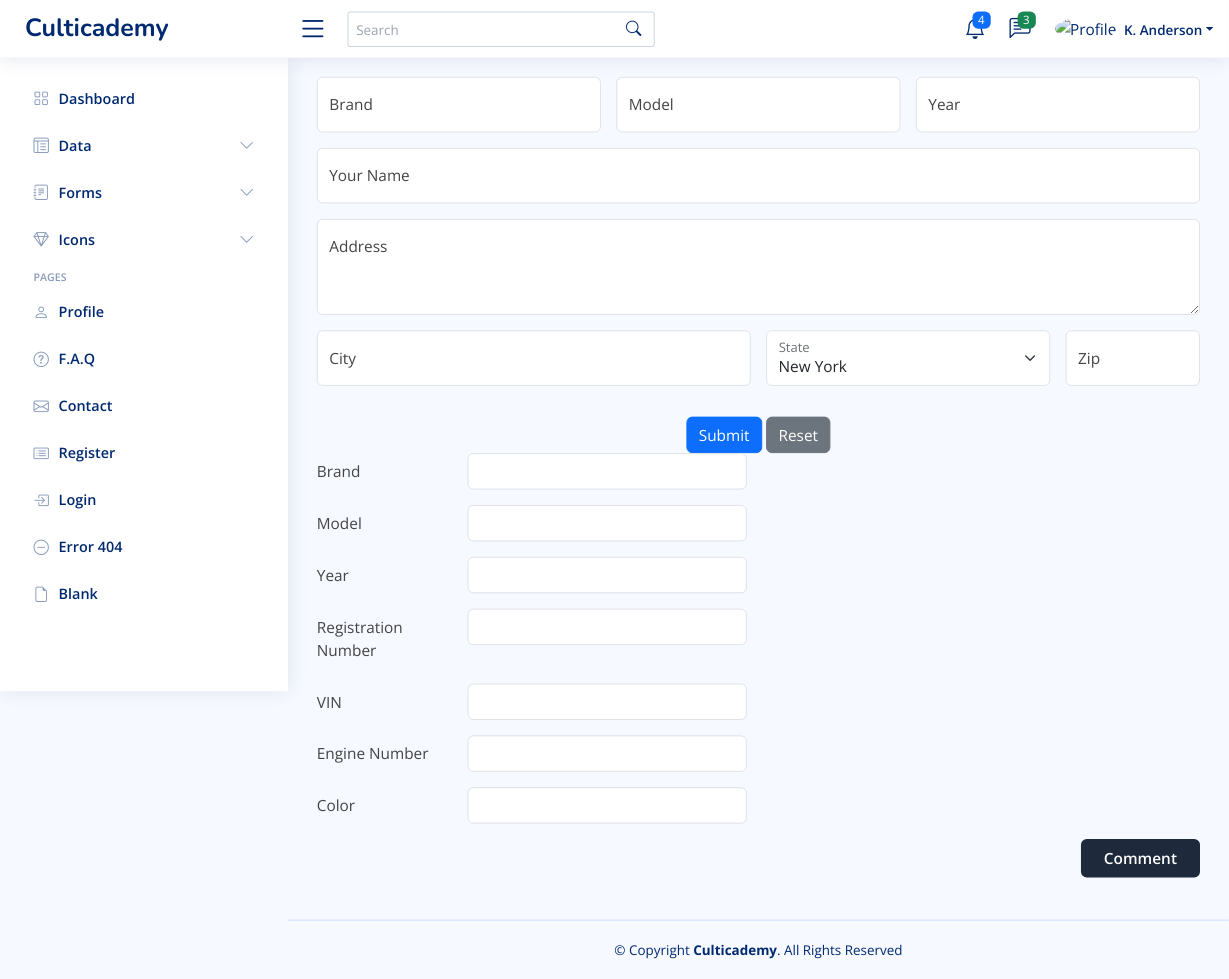
Repository: Jistoper/car_rental
Page: http://localhost/create
These files come from the project's save history. The page is drawn as it stood at one moment and after the next save; the edit follows.
The browser window is 1280 px wide. The pictures show the whole page, at 96% of full size.
The page is served by the project's Laravel application, run on PHP 8.4 with Laravel 9. Other server files are loaded and not shown. Style sheets and scripts are compiled from the project's sources, by tool versions that may differ from the author's.

Above is the page before, as saved 2023-06-22 14:29:06.

### routes/web.php
<?php

use Illuminate\Support\Facades\Route;
use App\Http\Controllers\carcontroller;

/*
|--------------------------------------------------------------------------
| Web Routes
|--------------------------------------------------------------------------
|
| Here is where you can register web routes for your application. These
| routes are loaded by the RouteServiceProvider within a group which
| contains the "web" middleware group. Now create something great!
|
*/

Route::get('/dashboard', function () {
    return view('backsite.dashboard');
})->name('dashboard');

Route::controller(CarController::class)->as('car.')->group(function(){
    Route::get('/car', 'getall')->name('getall');
    Route::get('/create', 'create')->name('create');
    Route::post('/create', 'store')->name('store');
});

### app/Http/Controllers/carcontroller.php
<?php

namespace App\Http\Controllers;

use Illuminate\Http\Request;
use Illuminate\Support\Facades\Http;
use Illuminate\Support\Facades\View;


class CarController extends Controller
{
    public function getall()
    {
        $response = Http::get('http://localhost:8080/api/cars');
        $cars = json_decode($response, true);

        return view('backsite.content.car.cartable', ['Cars' => $cars['Cars']]);
    }

    public function getbyid()
    {

    }

    public function create()
    {
        return View('backsite.content.car.createcar');
    }

    public function storeCar()
    {
        $data = [
            "brand" => "Toyota",
            "model" => "Avanza",
            "year" => 2022,
            "registration_number" => "AB123CD",
            "vin" => "1HGCM82633A123456",
            "engine_number" => "ENG123456789",
            "color" => "Black",
            "is_available" => true
        ];

        $token = "Bearer eyJhbGciOiJIUzI1NiIsInR5cCI6IkpXVCJ9.eyJleHAiOjE2ODkxNjgwMjMsInN1YiI6InRlc3QxMiJ9.-ezLSqJzIuUbum_p1NXeInNHkG953SP_4fMdbOgrlUo"; // Replace with your actual auth token

        $response = Http::withHeaders([
            "Authorization" => $token,
            "Content-Type" => "application/json",
        ])->post('http://localhost:8080/api/cars', $data);
    }

    public function update()
    {

    }

    public function delete()
    {

    }
}

### resources/views/backsite/content/car/createcar.blade.php
@extends('backsite.dashboard')

@section('content')

<div>
    <form class="row g-3">
        <div class="col-md-4">
            <div class="form-floating">
                <input type="email" class="form-control" id="floatingEmail" placeholder="Your Email">
                <label for="floatingEmail">Brand</label>
            </div>
        </div>
        <div class="col-md-4">
            <div class="form-floating">
                <input type="password" class="form-control" id="floatingPassword" placeholder="Password">
                <label for="floatingPassword">Model</label>
            </div>
        </div>
        <div class="col-md-4">
            <div class="form-floating">
                <input type="password" class="form-control" id="floatingPassword" placeholder="Password">
                <label for="floatingPassword">Year</label>
            </div>
        </div>
        <div class="col-md-12">
          <div class="form-floating">
            <input type="text" class="form-control" id="floatingName" placeholder="Your Name">
            <label for="floatingName">Your Name</label>
          </div>
        </div>
        <div class="col-12">
          <div class="form-floating">
            <textarea class="form-control" placeholder="Address" id="floatingTextarea" style="height: 100px;"></textarea>
            <label for="floatingTextarea">Address</label>
          </div>
        </div>
        <div class="col-md-6">
          <div class="col-md-12">
            <div class="form-floating">
              <input type="text" class="form-control" id="floatingCity" placeholder="City">
              <label for="floatingCity">City</label>
            </div>
          </div>
        </div>
        <div class="col-md-4">
          <div class="form-floating mb-3">
            <select class="form-select" id="floatingSelect" aria-label="State">
              <option selected>New York</option>
              <option value="1">Oregon</option>
              <option value="2">DC</option>
            </select>
            <label for="floatingSelect">State</label>
          </div>
        </div>
        <div class="col-md-2">
          <div class="form-floating">
            <input type="text" class="form-control" id="floatingZip" placeholder="Zip">
            <label for="floatingZip">Zip</label>
          </div>
        </div>
        <div class="text-center">
          <button type="submit" class="btn btn-primary">Submit</button>
          <button type="reset" class="btn btn-secondary">Reset</button>
        </div>
      </form><!-- End floating Labels Form -->
    <form action="{{ route('car.store') }}" method="POST" class="mb-4">
        @csrf
        <div class="row mb-3">
            <label for="inputText" class="col-sm-2 col-form-label">Brand</label>
            <div class="col-sm-4">
                <input type="text" name="brand" id="brand" class="form-control @error('brand') border-red-500 @enderror" value="{{ old('brand') }}">
            </div>
        </div>
        <div class="row mb-3">
            <label for="inputText" class="col-sm-2 col-form-label">Model</label>
            <div class="col-sm-4">
                <input type="text" name="model" id="model" class="form-control @error('model') border-red-500 @enderror" value="{{ old('model') }}">
            </div>
        </div>
        <div class="row mb-3">
            <label for="inputText" class="col-sm-2 col-form-label">Year</label>
            <div class="col-sm-4">
                <input type="text" name="year" id="year" class="form-control @error('year') border-red-500 @enderror" value="{{ old('year') }}">
            </div>
        </div>
        <div class="row mb-3">
            <label for="inputText" class="col-sm-2 col-form-label">Registration Number</label>
            <div class="col-sm-4">
                <input type="text" name="registration_number" id="registration_number" class="form-control @error('registration_number') border-red-500 @enderror" value="{{ old('registration_number') }}">
            </div>
        </div>
        <div class="row mb-3">
            <label for="inputText" class="col-sm-2 col-form-label">VIN</label>
            <div class="col-sm-4">
                <input type="text" name="vin" id="vin" class="form-control @error('vin') border-red-500 @enderror" value="{{ old('vin') }}">
            </div>
        </div>
        <div class="row mb-3">
            <label for="inputText" class="col-sm-2 col-form-label">Engine Number</label>
            <div class="col-sm-4">
                <input type="text" name="engine_number" id="engine_number" class="form-control @error('engine_number') border-red-500 @enderror" value="{{ old('engine_number') }}">
            </div>
        </div>
        <div class="row mb-3">
            <label for="inputText" class="col-sm-2 col-form-label">Color</label>
            <div class="col-sm-4">
                <input type="text" name="color" id="color" class="form-control @error('color') border-red-500 @enderror" value="{{ old('color') }}">
            </div>
        </div>
        <div class="flex items-center justify-end">
            <button class="flex items-center space-x-1 bg-slate-800 hover:bg-slate-700 text-white font-semibold py-2 px-4 rounded" onclick="getContent()" type="submit">
                <span>
                    Comment
                </span>
            </button>
        </div>
    </form>
</div>

@endsection

### resources/views/backsite/partials/sidebar.blade.php
<aside id="sidebar" class="sidebar">

    <ul class="sidebar-nav" id="sidebar-nav">

      <li class="nav-item">
        <a class="nav-link collapsed" href="{{ route('dashboard') }}">
          <i class="bi bi-grid"></i>
          <span>Dashboard</span>
        </a>
      </li><!-- End Dashboard Nav -->

      <li class="nav-item">
        <a class="nav-link collapsed" data-bs-target="#tables-nav" data-bs-toggle="collapse" href="#">
          <i class="bi bi-layout-text-window-reverse"></i><span>Data</span><i class="bi bi-chevron-down ms-auto"></i>
        </a>
        <ul id="tables-nav" class="nav-content collapse " data-bs-parent="#sidebar-nav">
          <li>
            <a href="{{ route('car.getall') }}">
              <i class="bi bi-circle"></i><span>Cars</span>
            </a>
          </li>
          <li>
            <a href="{{ route('dashboard') }}">
              <i class="bi bi-circle"></i><span>Data Tables</span>
            </a>
          </li>
        </ul>
      </li><!-- End Tables Nav -->

      <li class="nav-item">
        <a class="nav-link collapsed" data-bs-target="#forms-nav" data-bs-toggle="collapse" href="#">
          <i class="bi bi-journal-text"></i><span>Forms</span><i class="bi bi-chevron-down ms-auto"></i>
        </a>
        <ul id="forms-nav" class="nav-content collapse " data-bs-parent="#sidebar-nav">
          <li>
            <a href="forms-elements.html">
              <i class="bi bi-circle"></i><span>Form Elements</span>
            </a>
          </li>
          <li>
            <a href="forms-layouts.html">
              <i class="bi bi-circle"></i><span>Form Layouts</span>
            </a>
          </li>
          <li>
            <a href="forms-editors.html">
              <i class="bi bi-circle"></i><span>Form Editors</span>
            </a>
          </li>
          <li>
            <a href="forms-validation.html">
              <i class="bi bi-circle"></i><span>Form Validation</span>
            </a>
          </li>
        </ul>
      </li><!-- End Forms Nav -->

      <li class="nav-item">
        <a class="nav-link collapsed" data-bs-target="#icons-nav" data-bs-toggle="collapse" href="#">
          <i class="bi bi-gem"></i><span>Icons</span><i class="bi bi-chevron-down ms-auto"></i>
        </a>
        <ul id="icons-nav" class="nav-content collapse " data-bs-parent="#sidebar-nav">
          <li>
            <a href="icons-bootstrap.html">
              <i class="bi bi-circle"></i><span>Bootstrap Icons</span>
            </a>
          </li>
          <li>
            <a href="icons-remix.html">
              <i class="bi bi-circle"></i><span>Remix Icons</span>
            </a>
          </li>
          <li>
            <a href="icons-boxicons.html">
              <i class="bi bi-circle"></i><span>Boxicons</span>
            </a>
          </li>
        </ul>
      </li><!-- End Icons Nav -->

      <li class="nav-heading">Pages</li>

      <li class="nav-item">
        <a class="nav-link collapsed" href="users-profile.html">
          <i class="bi bi-person"></i>
          <span>Profile</span>
        </a>
      </li><!-- End Profile Page Nav -->

      <li class="nav-item">
        <a class="nav-link collapsed" href="pages-faq.html">
          <i class="bi bi-question-circle"></i>
          <span>F.A.Q</span>
        </a>
      </li><!-- End F.A.Q Page Nav -->

      <li class="nav-item">
        <a class="nav-link collapsed" href="pages-contact.html">
          <i class="bi bi-envelope"></i>
          <span>Contact</span>
        </a>
      </li><!-- End Contact Page Nav -->

      <li class="nav-item">
        <a class="nav-link collapsed" href="pages-register.html">
          <i class="bi bi-card-list"></i>
          <span>Register</span>
        </a>
      </li><!-- End Register Page Nav -->

      <li class="nav-item">
        <a class="nav-link collapsed" href="pages-login.html">
          <i class="bi bi-box-arrow-in-right"></i>
          <span>Login</span>
        </a>
      </li><!-- End Login Page Nav -->

      <li class="nav-item">
        <a class="nav-link collapsed" href="pages-error-404.html">
          <i class="bi bi-dash-circle"></i>
          <span>Error 404</span>
        </a>
      </li><!-- End Error 404 Page Nav -->

      <li class="nav-item">
        <a class="nav-link collapsed" href="pages-blank.html">
          <i class="bi bi-file-earmark"></i>
          <span>Blank</span>
        </a>
      </li><!-- End Blank Page Nav -->

    </ul>

  </aside><!-- End Sidebar-->

### public/assets/simple-datatables/style.css
.datatable-wrapper.no-header .datatable-container {
	border-top: 1px solid #d9d9d9;
}

.datatable-wrapper.no-footer .datatable-container {
	border-bottom: 1px solid #d9d9d9;
}

.datatable-top,
.datatable-bottom {
	padding: 8px 10px;
}

.datatable-top > nav:first-child,
.datatable-top > div:first-child,
.datatable-bottom > nav:first-child,
.datatable-bottom > div:first-child {
	float: left;
}

.datatable-top > nav:last-child,
.datatable-top > div:last-child,
.datatable-bottom > nav:last-child,
.datatable-bottom > div:last-child {
	float: right;
}

.datatable-selector {
	padding: 6px;
}

.datatable-input {
	padding: 6px 12px;
}

.datatable-info {
	margin: 7px 0;
}

/* PAGER */
.datatable-pagination ul {
	margin: 0;
	padding-left: 0;
}

.datatable-pagination li {
	list-style: none;
	float: left;
}

.datatable-pagination li.datatable-hidden {
    visibility: hidden;
}

.datatable-pagination a {
	border: 1px solid transparent;
	float: left;
	margin-left: 2px;
	padding: 6px 12px;
	position: relative;
	text-decoration: none;
	color: #333;
    cursor: pointer;
}

.datatable-pagination a:hover {
	background-color: #d9d9d9;
}

.datatable-pagination .datatable-active a,
.datatable-pagination .datatable-active a:focus,
.datatable-pagination .datatable-active a:hover {
	background-color: #d9d9d9;
	cursor: default;
}

.datatable-pagination .datatable-ellipsis a,
.datatable-pagination .datatable-disabled a,
.datatable-pagination .datatable-disabled a:focus,
.datatable-pagination .datatable-disabled a:hover {
    pointer-events: none;
    cursor: default;
}

.datatable-pagination .datatable-disabled a,
.datatable-pagination .datatable-disabled a:focus,
.datatable-pagination .datatable-disabled a:hover {
	cursor: not-allowed;
	opacity: 0.4;
}

.datatable-pagination .datatable-pagination a {
	font-weight: bold;
}

/* TABLE */
.datatable-table {
	max-width: 100%;
	width: 100%;
	border-spacing: 0;
	border-collapse: separate;
}

.datatable-table > tbody > tr > td,
.datatable-table > tbody > tr > th,
.datatable-table > tfoot > tr > td,
.datatable-table > tfoot > tr > th,
.datatable-table > thead > tr > td,
.datatable-table > thead > tr > th {
	vertical-align: top;
	padding: 8px 10px;
}

.datatable-table > thead > tr > th {
	vertical-align: bottom;
	text-align: left;
	border-bottom: 1px solid #d9d9d9;
}

.datatable-table > tfoot > tr > th {
	vertical-align: bottom;
	text-align: left;
	border-top: 1px solid #d9d9d9;
}

.datatable-table th {
	vertical-align: bottom;
	text-align: left;
}

.datatable-table th a {
	text-decoration: none;
	color: inherit;
}

.datatable-sorter, .datatable-filter {
	display: inline-block;
	height: 100%;
	position: relative;
	width: 100%;
}

.datatable-sorter::before,
.datatable-sorter::after {
	content: "";
	height: 0;
	width: 0;
	position: absolute;
	right: 4px;
	border-left: 4px solid transparent;
	border-right: 4px solid transparent;
	opacity: 0.2;
}


.datatable-sorter::before {
	border-top: 4px solid #000;
	bottom: 0px;
}

.datatable-sorter::after {
	border-bottom: 4px solid #000;
	border-top: 4px solid transparent;
	top: 0px;
}

.datatable-ascending .datatable-sorter::after,
.datatable-descending .datatable-sorter::before,
.datatable-ascending .datatable-filter::after,
.datatable-descending .datatable-filter::before {
	opacity: 0.6;
}

.datatable-filter::before {
    content: "";
    position: absolute;
    right: 4px;
    opacity: 0.2;
    width: 0;
    height: 0;
    border-left: 7px solid transparent;
    border-right: 7px solid transparent;
	border-radius: 50%;
    border-top: 10px solid #000;
    top: 25%;
}

.datatable-filter-active .datatable-filter::before {
    opacity: 0.6;
}

.datatable-empty {
	text-align: center;
}

.datatable-top::after, .datatable-bottom::after {
	clear: both;
	content: " ";
	display: table;
}

table.datatable-table:focus tr.datatable-cursor > td:first-child {
	border-left: 3px blue solid;
}

table.datatable-table:focus {
	outline: solid 1px black;
    outline-offset: -1px;
}

Loaded but not shown: app/Http/Controllers/Controller.php (common file); public/assets/bootstrap/css/bootstrap.min.css (library); public/assets/bootstrap-icons/bootstrap-icons.css (library); public/assets/boxicons/css/boxicons.min.css (library); public/assets/apexcharts/apexcharts.min.js (library); public/assets/bootstrap/js/bootstrap.bundle.min.js (library); public/assets/chart.js/chart.umd.js (library); public/assets/echarts/echarts.min.js (library); public/assets/quill/quill.min.js (library); public/assets/simple-datatables/simple-datatables.js (library); public/assets/tinymce/tinymce.min.js (library); resources/css/app.css (common file); public/js/main.js (321 lines, source omitted); public/assets/php-email-form/validate.js (85 lines, source omitted); tailwind.config.js (26 lines, source omitted); public/assets/remixicon/remixicon.css (2526 lines, source omitted); resources/views/backsite/dashboard.blade.php (741 lines, source omitted); public/assets/quill/quill.bubble.css (952 lines, source omitted); public/assets/quill/quill.snow.css (945 lines, source omitted); public/css/style.css (1233 lines, source omitted); resources/views/backsite/partials/header.blade.php (225 lines, source omitted)

After the next save:
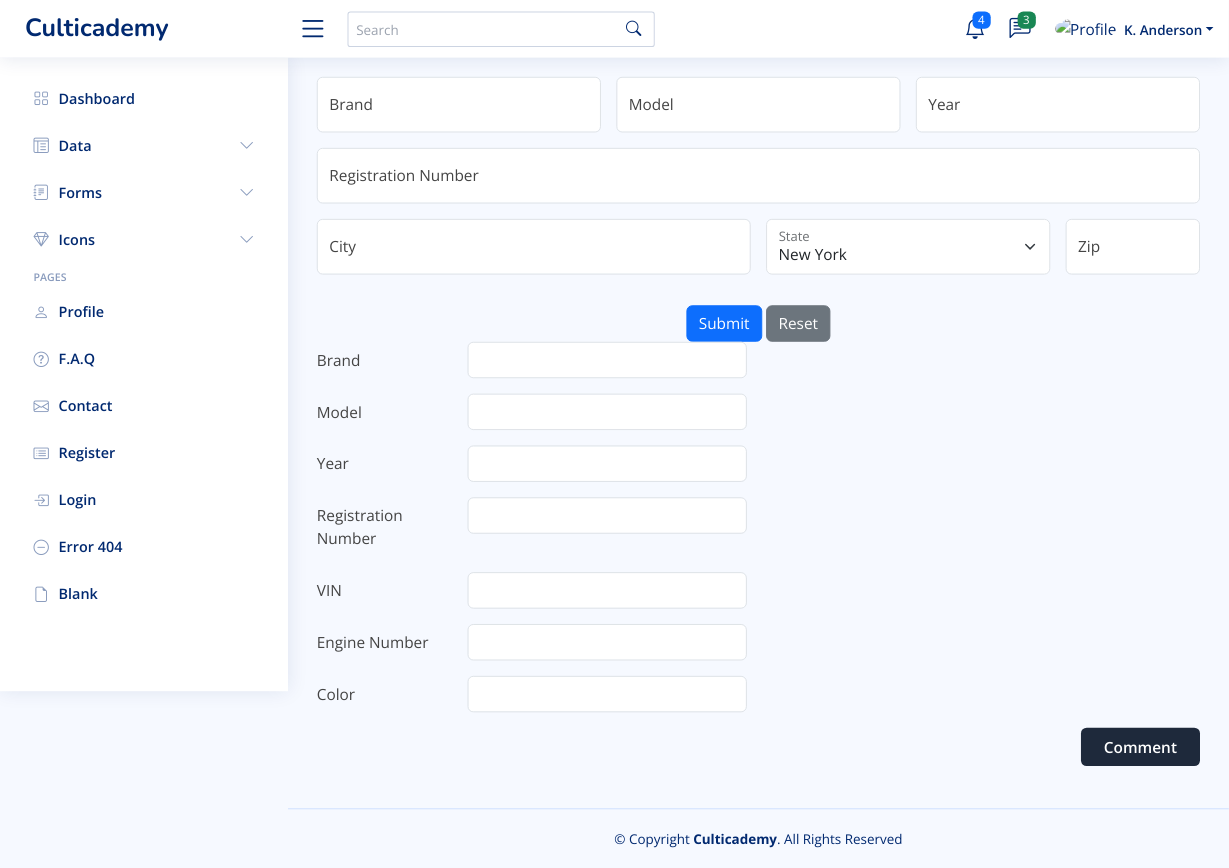
Saved 95 s later.
--- a/resources/views/backsite/content/car/createcar.blade.php
+++ b/resources/views/backsite/content/car/createcar.blade.php
@@ -25,13 +25,7 @@
         <div class="col-md-12">
           <div class="form-floating">
             <input type="text" class="form-control" id="floatingName" placeholder="Your Name">
-            <label for="floatingName">Your Name</label>
-          </div>
-        </div>
-        <div class="col-12">
-          <div class="form-floating">
-            <textarea class="form-control" placeholder="Address" id="floatingTextarea" style="height: 100px;"></textarea>
-            <label for="floatingTextarea">Address</label>
+            <label for="floatingName">Registration Number</label>
           </div>
         </div>
         <div class="col-md-6">
